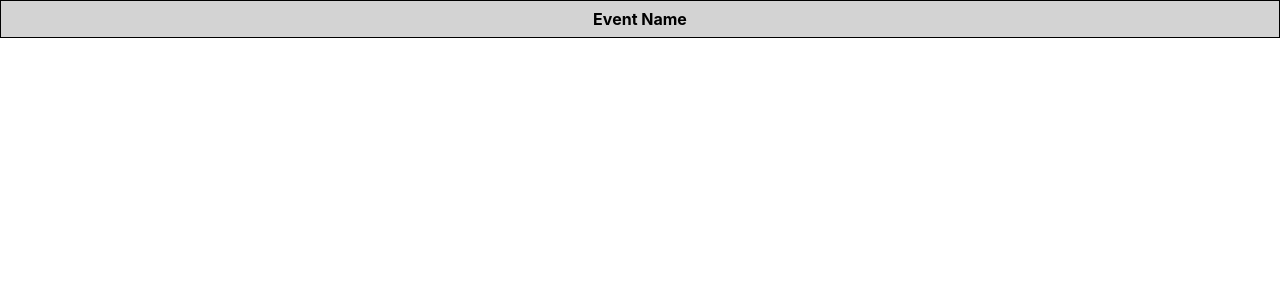
Repository: TauqeerHusain/Assignment
Page: /
These files come from the project's save history. The page is drawn as it stood at one moment and after the next save; the edit follows.
The browser window is 1280 px wide. The pictures show the whole page.
The page's requests for data from a server got no answer. The project was rebuilt for these pictures with package versions that can differ from the ones it lists, and the page was loaded fresh each time. No one was signed in, and anything a server would have sent is missing.

Above is the page before, as saved 2023-02-06 19:44:21.

After the next save:
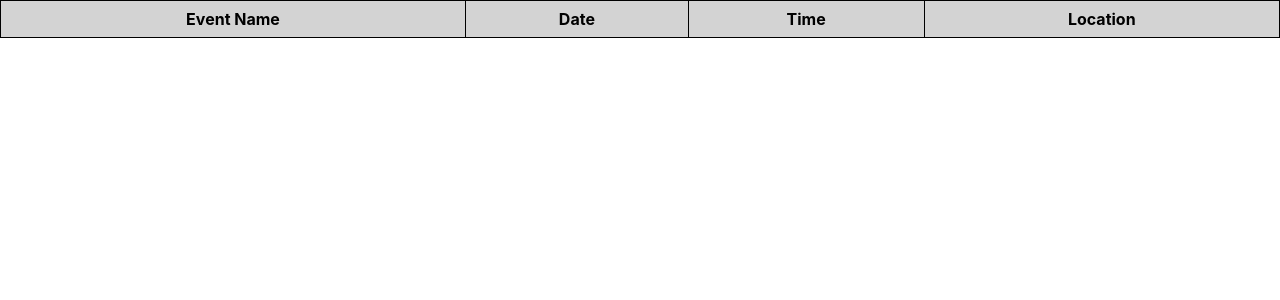
Saved 26 s later.
--- a/src/App.js
+++ b/src/App.js
@@ -16,12 +16,18 @@ const App = () => {
       <thead>
         <tr>
           <th>Event Name</th>
+          <th>Date</th>
+          <th>Time</th>
+          <th>Location</th>
         </tr>
       </thead>
       <tbody>
         {events.map((event) => (
           <tr key={event.id}>
             <td>{event.name}</td>
+            <td>{event.date}</td>
+            <td>{event.time}</td>
+            <td>{event.location}</td>
           </tr>
         ))}
       </tbody>
